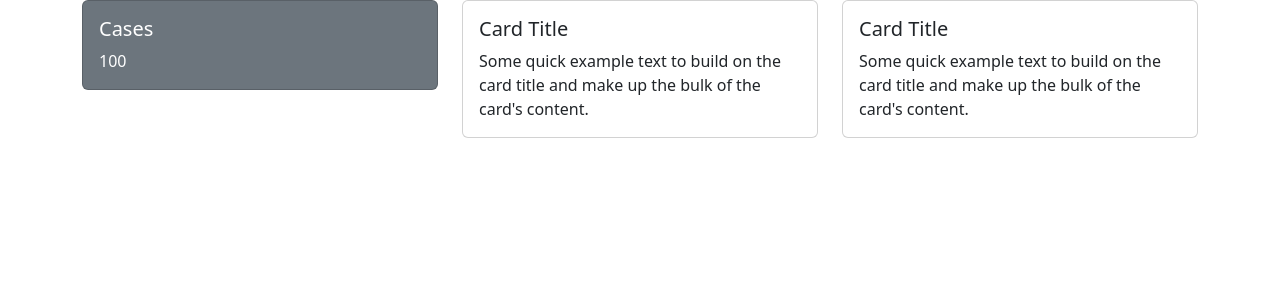
Repository: azizdeghais/CovidTracker
Page: /
An editor plug-in stored every save of this project. The page is shown before and after the next save, followed by the edit.
The browser window is 1280 px wide. The pictures show the whole page.
The project was rebuilt for these pictures with package versions that can differ from the ones it lists, and the page was loaded fresh each time. Also part of the build but not shown: vite.config.js.

Above is the page before, as saved 2023-03-09 15:48:38.

After the next save:
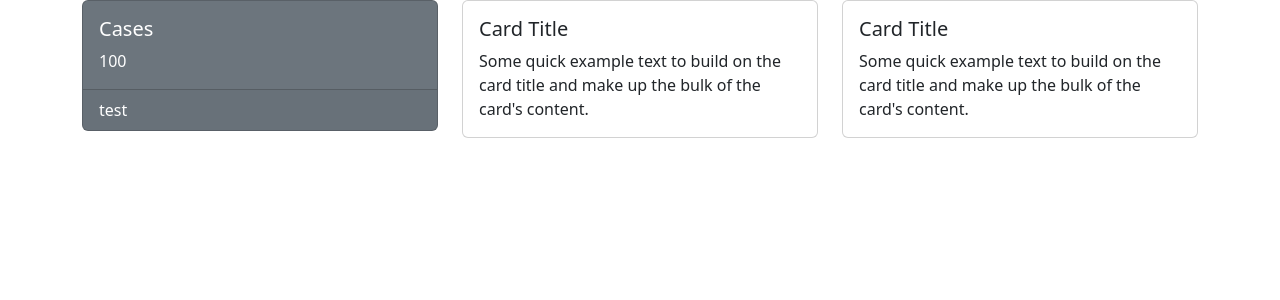
Saved 15 s later.
--- a/src/App.jsx
+++ b/src/App.jsx
@@ -23,6 +23,9 @@ function App() {
                 100
               </Card.Text>
             </Card.Body>
+            <Card.Footer>
+              test
+            </Card.Footer>
           </Card>
         </Col>
         <Col>
